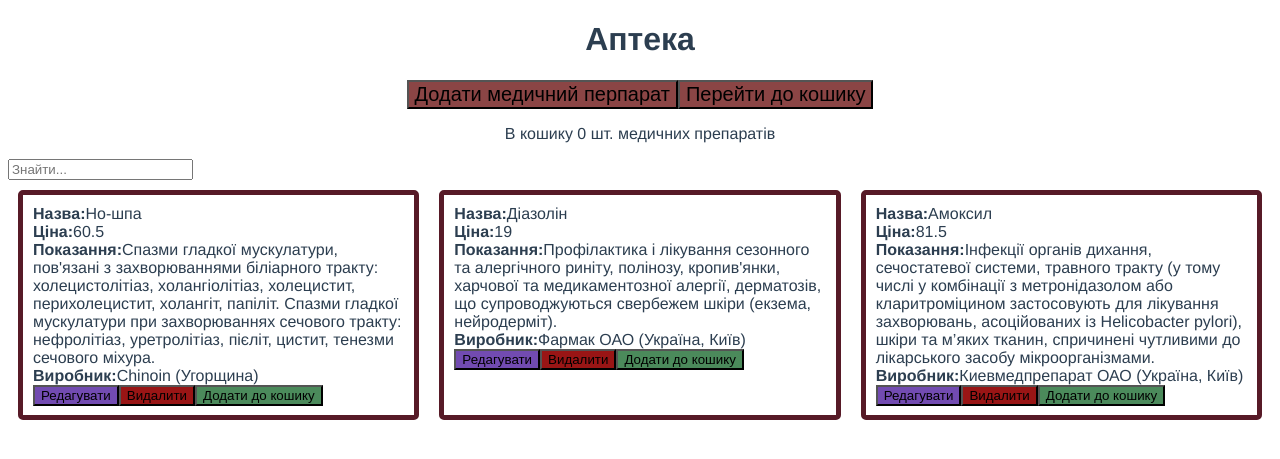
Repository: kristinap8/pharmacy
Page: /
The author's editor kept a copy of each file at every save. The page is drawn from the files as they stood at one save, then again after the next save.
The browser window is 1280 px wide. The pictures show the whole page.
The project was rebuilt for these pictures with package versions that can differ from the ones it lists, and the page was loaded fresh each time. Also part of the build but not shown: src/components/AddMedicineForm/index.vue, src/pages/AddMedicine/index.vue, src/components/EditMedicineForm/index.vue, src/pages/EditMedicine/index.vue, src/components/CartForm/index.vue, src/pages/Cart/index.vue.

Above is the page before, as saved 2020-12-10 09:40:59.

### src/main.js
import Vue from 'vue'
import App from './App.vue'
import router from "./router"
import store from "./store"

Vue.config.productionTip = false

new Vue({
  store,
  router,
  render: h => h(App),
}).$mount('#app')

### src/App.vue
<template>
  <div id="app">
    <router-view/>
  </div>
</template>

<script>
export default {
  name: "App",
  components: {},
};
</script>

<style>
#app {
  font-family: Avenir, Helvetica, Arial, sans-serif;
  -webkit-font-smoothing: antialiased;
  -moz-osx-font-smoothing: grayscale;
  color: #2c3e50;
}
</style>

### src/router.js
import Vue from "vue";
import VueRouter from "vue-router";
import AddMedicine from "@/pages/AddMedicine";
import EditMedicine from "@/pages/EditMedicine";
import AllMedicines from "@/pages/AllMedicines";
import Cart from "@/pages/Cart";

Vue.use(VueRouter);

const routes=[
    {
        path:'/',
        name:'all-medicines',
        component:AllMedicines
    },
    {
        path:'/edit_medicine/:medicine_id',
        name:'edit-medicine',
        component:EditMedicine
    },
    {
        path:'/add_medicine',
        name:'add-medicine',
        component:AddMedicine
    },
    {
        path:'/cart',
        name:'cart',
        component:Cart
    },

]

const router=new VueRouter({
    mode:"history",
    routes
});

export default router;

### src/store/index.js
import Vue from "vue";
import Vuex from "vuex";
import { v4 as uuid_v4 } from 'uuid'

Vue.use(Vuex)
const store=new Vuex.Store({
    state:{
      medicinesList:[
          {
              id:1,
              name:'Но-шпа',
              price:60.5,
              requirements:"Спазми гладкої мускулатури, пов'язані з захворюваннями біліарного тракту: холецистолітіаз, холангіолітіаз, холецистит, перихолецистит, холангіт, папіліт. Спазми гладкої мускулатури при захворюваннях сечового тракту: нефролітіаз, уретролітіаз, пієліт, цистит, тенезми сечового міхура.",
              maker:"Chinoin (Угорщина)"

          },
          {
            id:2,
            name:"Діазолін",
            price:19,
            requirements:"Профілактика і лікування сезонного та алергічного риніту, полінозу, кропив'янки, харчової та медикаментозної алергії, дерматозів, що супроводжуються свербежем шкіри (екзема, нейродерміт).",
            maker:"Фармак ОАО (Україна, Київ)"

        },
        {
            id:3,
            name:"Амоксил",
            price:81.5,
            requirements:"Інфекції органів дихання, сечостатевої системи, травного тракту (у тому числі у комбінації з метронідазолом або кларитроміцином застосовують для лікування захворювань, асоційованих із Helicobacter pylori), шкіри та м’яких тканин, спричинені чутливими до лікарського засобу мікроорганізмами.",
            maker:"Киевмедпрепарат ОАО (Україна, Київ)"

        }
      ],
      cart:[],
      cartItemsCount:0
    },
    mutations:{
        addMedicine(state, data) {
            state.medicinesList.push({
             id: uuid_v4(),
             ...data,
           })
         },
         deleteMedicine(state,id){
             let medicines=state.medicinesList.filter(medicine=>medicine.id!=id)
             state.medicinesList=medicines;
         },
         editMedicine(state,medicine){
             state.medicinesList.forEach(m=>{
                 if(m.id==medicine.id){
                     m=medicine;
                 }
             } )
         },
         addToCart(state,medicine){
            let isMedicineExists=state.cart.find(m => m.id == medicine.id);

            if (isMedicineExists) {
                isMedicineExists.quantity ++;
                isMedicineExists.totalPrice = (isMedicineExists.quantity * isMedicineExists.price).toFixed(2);
            } else {
                state.cart.push(medicine);

                Vue.set(medicine, 'quantity', 1);
                Vue.set(medicine, 'totalPrice', medicine.price);
            }
             state.cartItemsCount++
         },
         deleteItemFromCart(state,medicine){
            let index = state.cart.indexOf(medicine);
            if (index > -1) {
                let item= state.cart[index];
                if(item.quantity>1)
                {
                    state.cartItemsCount--;
                    item.quantity--;
                    item.totalPrice-=item.price;
                }
                else{
                    state.cartItemsCount -= item.quantity;
                    state.cart.splice(index, 1);
                }

            }
         }
    },
    actions:{
        addMedicine({ commit }, medicine) {
            commit('addMedicine', medicine)
         },
          deleteMedicine({commit},id){
              commit('deleteMedicine',id)
          },
          editMedicine({commit},medicine){
              commit('editMedicine',medicine)
          },
          addToCart({commit},medicine){
              commit('addToCart',medicine)
          },
          deleteItemFromCart({commit},medicine){
              commit("deleteItemFromCart",medicine)
          }

    },
    getters:{
        getMedicines:(state)=> state.medicinesList,
        getMedicineById:(state)=>(id)=>{return state.medicinesList.find(m=>m.id===id)},
        getMedicinesInCart:(state)=>state.cart,
     },
    modules:{

    }
})

export default store

### src/pages/AllMedicines/index.vue
<template>
    <div>
        <h1 class="header">Аптека</h1>
        <div class='btns'>
        <router-link to="/add_medicine" tag="button" class='add-btn'>Додати медичний перпарат</router-link>
        <router-link to="/cart" tag="button" class='cart-btn'>Перейти до кошику</router-link>
        </div>
        <p class="cart-count">В кошику {{this.$store.state.cartItemsCount}} шт. медичних препаратів</p>
     <medicines-list/>
    </div>
</template>

<script>

import MedicinesList from "../../components/MedicinesList"
    export default {
        name:"AllMedicine",
        components: {
            MedicinesList,
        },

    }
</script>

<style lang="scss" scoped>
 .header{
      text-align: center;
  }
  .cart-count{
   text-align: center;
  }
  .btns{
      text-align: center;
  }
  .add-btn{
      background:rgb(139, 69, 69);
      font-size:20px;
  }
  .cart-btn{
      background:rgb(139, 69, 69);
      font-size:20px;
  }
</style>

### src/components/MedicinesList/index.vue
<template>
    <div>
        <div>
          <input type="text" placeholder="Знайти..." v-model="search"/>
        </div>
    <div class="list-container">
    <medicine-card
    v-for="medicine in getMedicines"
    :key="medicine.id"
    :id="medicine.id"
    :name="medicine.name"
    :price="medicine.price"
    :requirements="medicine.requirements"
    :maker="medicine.maker"
    />
     </div>
    </div>
</template>

<script>
import { mapGetters } from 'vuex'
import MedicineCard from "./MedicineCard"
    export default {
        name:"MedicinesList",
        components: {
       MedicineCard,
        },
        data() {
            return {
                search: ''
            }
        },
        computed: {
            ...mapGetters(['getMedicines']),
        },
    }
//var sortByName = function (d1, d2) {return (d1.name.toLowerCase() > d2.name.toLowerCase()) ? 1 : -1;};
//var sortByPrice = function (d1, d2) { return (d1.price > d2.price) ? 1 : -1; };
</script>

<style lang="scss" scoped>
  .list-container{
      display: flex;
  }
</style>

### src/components/MedicinesList/MedicineCard/index.vue
<template>
    <div class="card-container">
    <div><b>Назва:</b>{{name}}</div>
    <div><b>Ціна:</b>{{price}}</div>
    <div><b>Показання:</b>{{requirements}}</div>
    <div><b>Виробник:</b>{{maker}}</div>
    <button @click="onEditMedicine" class="edit-btn">Редагувати</button>
    <button @click="onDeleteMedicine(id)" class="delete-btn">Видалити</button>
    <button @click="onAddToCart({id,name,price,requirements,maker})" class="add-btn">Додати до кошику</button>
    </div>
</template>

<script>
import { mapActions } from 'vuex'
  export default {
        name:"MedicineCard",
        props: {
            id: {
                type: [String,Number],
                required:true,
            },
            name: {
                type: String,
                default:"Назва препарату не вказана"
            },
            price:{
                type:[String,Number],
                default:0
            },
            requirements:{
                type:String,
                default:"Показань до застосування не вказано"
            },
            maker:{
                type:String,
                default:"Виробника не вказано"
            }

        },
        methods: {
            onDeleteMedicine(id) {
                this.$store.dispatch("deleteMedicine",id)
             },
            onEditMedicine(){
                this.$router.push({
                    name:'edit-medicine',
                    params:{medicine_id:this.id}
                })
            },
            ...mapActions(['addToCart']),
            onAddToCart(item){
                this.$store.dispatch('addToCart',item)
            }
        },
    }
</script>

<style lang="scss" scoped>
.card-container{
  width: 400px;
  height: 200px;
  border: 5px solid rgb(87, 26, 39);
  border-radius: 5px;
  padding: 10px;
  margin: 10px;
  text-align: left;
}
.add-btn{
    background:rgb(75, 138, 91)
}
.edit-btn{
    background:rgb(114, 75, 177)
}
.delete-btn{
    background:rgb(153, 21, 21)
}
</style>

Loaded but not shown: public/index.html (common file)

After the next save:
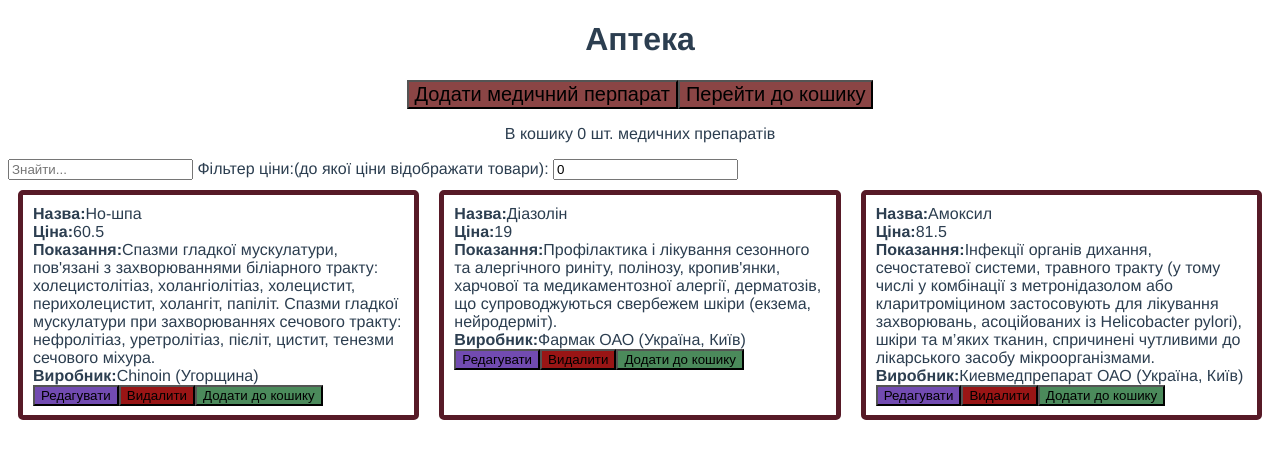
Saved 3 min 17 s later.
--- a/src/components/MedicinesList/index.vue
+++ b/src/components/MedicinesList/index.vue
@@ -2,6 +2,10 @@
     <div>
         <div>
           <input type="text" placeholder="Знайти..." v-model="search"/>
+          <label>
+          Фільтер ціни:(до якої ціни відображати товари):
+          <input type="number" v-model="price"/>
+          </label>
         </div>
     <div class="list-container">
     <medicine-card
@@ -27,7 +31,8 @@ import MedicineCard from "./MedicineCard"
         },
         data() {
             return {
-                search: ''
+                search: '',
+                price:0
             }
         },
         computed: {
